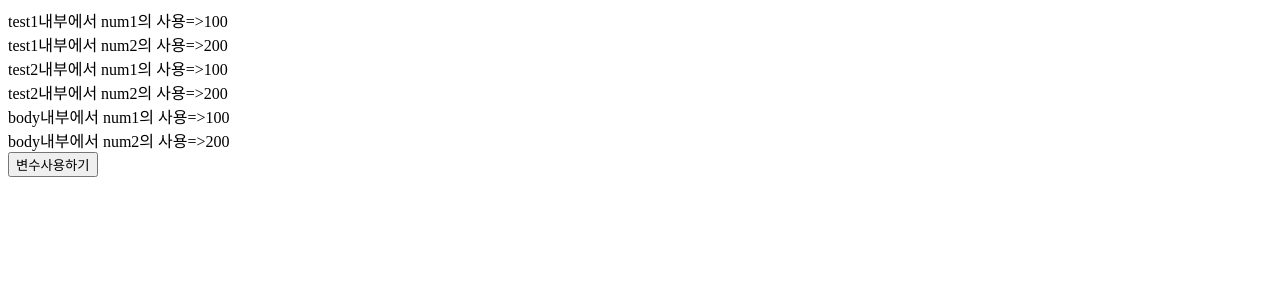
Repository: wishinghyun/multicampus
Page: webwork/clientweb/WebContent/js_basic/js_function_variable_test.html
The author's editor kept a copy of each file at every save. The page is drawn from the files as they stood at one save, then again after the next save.
The browser window is 1280 px wide. The pictures show the whole page.

Above is the page before, as saved 2020-01-07 06:43:49.

### webwork/clientweb/WebContent/js_basic/js_function_variable_test.html
<!DOCTYPE html>
<!-- 변수의 사용범위(함수) -->
<html>
<head>
	<meta charset="EUC-KR">
	<title>Insert title here</title>
	<script type="text/javascript">
		// 자바스크립트에서 전역변수와 지역변수를 구분하여 선언하기(선언위치, var)
		// => 함수끼리 변수를 공유해서 사용하는 경우 유용
		//1. 함수 밖에서 변수를 선언하는 경우 - 전역변수
		num1 = 100;
		function test1(){
			//2. 함수내부에서 변수를 선언하는 경우 - 전역변수
			num2 = 200;
			document.write("test1내부에서 num1의 사용=>"+num1+"<br/>");
			document.write("test1내부에서 num2의 사용=>"+num2+"<br/>");
		}
		function test2(){
			document.write("test2내부에서 num1의 사용=>"+num1+"<br/>");
			document.write("test2내부에서 num2의 사용=>"+num2+"<br/>");
		}
	</script>
</head>
<body>
	<script type="text/javascript">
		//test2(); - 함수 내부에서 변수가 선언되는 경우 변수를 선언한 함수가 무조건 먼저 호출되어야 한다
		test1();
		test2();
		document.write("body내부에서 num1의 사용=>"+num1+"<br/>");
		document.write("body내부에서 num2의 사용=>"+num2+"<br/>");
	</script>
	<input type="button" value="변수사용하기" onclick="alert(num1)">
</body>
</html>

After the next save:
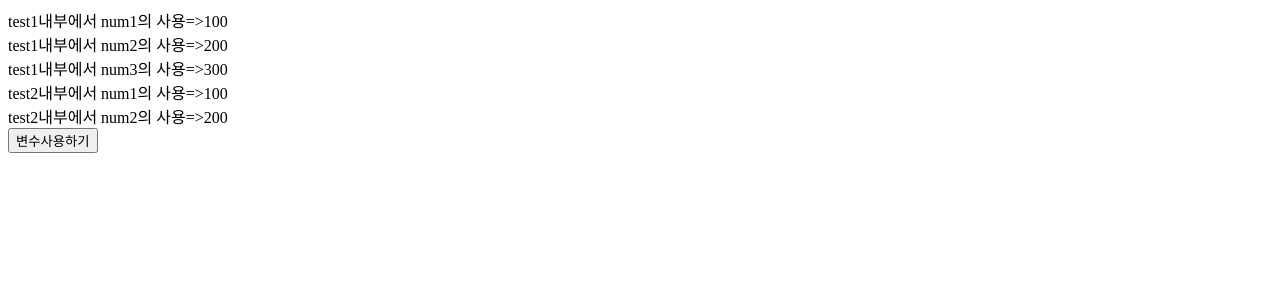
Console error: ReferenceError: num3 is not defined
Saved 76 s later.
--- a/webwork/clientweb/WebContent/js_basic/js_function_variable_test.html
+++ b/webwork/clientweb/WebContent/js_basic/js_function_variable_test.html
@@ -12,12 +12,16 @@
 		function test1(){
 			//2. 함수내부에서 변수를 선언하는 경우 - 전역변수
 			num2 = 200;
+			//3. 함수 내부에서 var키워드를 이용해서 변수를 선언하는 경우
+			var num3 = 300;
 			document.write("test1내부에서 num1의 사용=>"+num1+"<br/>");
 			document.write("test1내부에서 num2의 사용=>"+num2+"<br/>");
+			document.write("test1내부에서 num3의 사용=>"+num3+"<br/>");
 		}
 		function test2(){
 			document.write("test2내부에서 num1의 사용=>"+num1+"<br/>");
 			document.write("test2내부에서 num2의 사용=>"+num2+"<br/>");
+			document.write("test2내부에서 num3의 사용=>"+num3+"<br/>");
 		}
 	</script>
 </head>
@@ -28,6 +32,7 @@
 		test2();
 		document.write("body내부에서 num1의 사용=>"+num1+"<br/>");
 		document.write("body내부에서 num2의 사용=>"+num2+"<br/>");
+		document.write("body내부에서 num3의 사용=>"+num3+"<br/>");
 	</script>
 	<input type="button" value="변수사용하기" onclick="alert(num1)">
 </body>

After the 2 saves that followed:
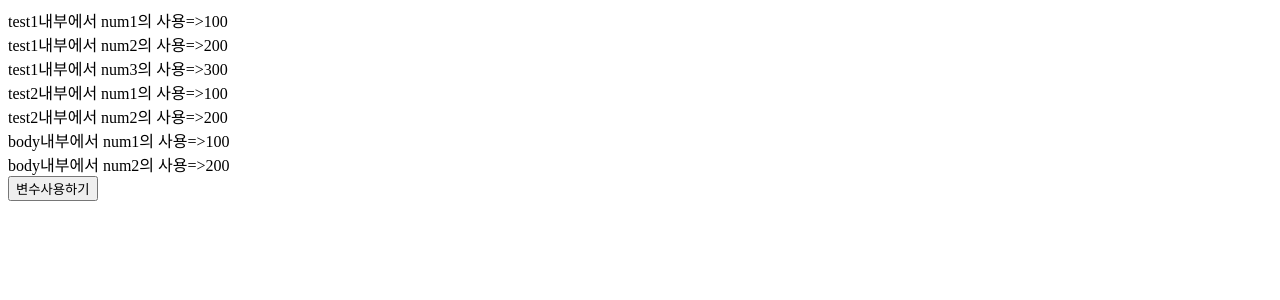
The error is gone.
The 2 saves are shown as one change because 1 left the picture as it was.
The last was saved 107 s later.
--- a/webwork/clientweb/WebContent/js_basic/js_function_variable_test.html
+++ b/webwork/clientweb/WebContent/js_basic/js_function_variable_test.html
@@ -12,7 +12,7 @@
 		function test1(){
 			//2. 함수내부에서 변수를 선언하는 경우 - 전역변수
 			num2 = 200;
-			//3. 함수 내부에서 var키워드를 이용해서 변수를 선언하는 경우
+			//3. 함수 내부에서 var키워드를 이용해서 변수를 선언하는 경우 - 지역변수
 			var num3 = 300;
 			document.write("test1내부에서 num1의 사용=>"+num1+"<br/>");
 			document.write("test1내부에서 num2의 사용=>"+num2+"<br/>");
@@ -21,7 +21,7 @@
 		function test2(){
 			document.write("test2내부에서 num1의 사용=>"+num1+"<br/>");
 			document.write("test2내부에서 num2의 사용=>"+num2+"<br/>");
-			document.write("test2내부에서 num3의 사용=>"+num3+"<br/>");
+			//document.write("test2내부에서 num3의 사용=>"+num3+"<br/>");
 		}
 	</script>
 </head>
@@ -32,7 +32,7 @@
 		test2();
 		document.write("body내부에서 num1의 사용=>"+num1+"<br/>");
 		document.write("body내부에서 num2의 사용=>"+num2+"<br/>");
-		document.write("body내부에서 num3의 사용=>"+num3+"<br/>");
+		//document.write("body내부에서 num3의 사용=>"+num3+"<br/>");
 	</script>
 	<input type="button" value="변수사용하기" onclick="alert(num1)">
 </body>
